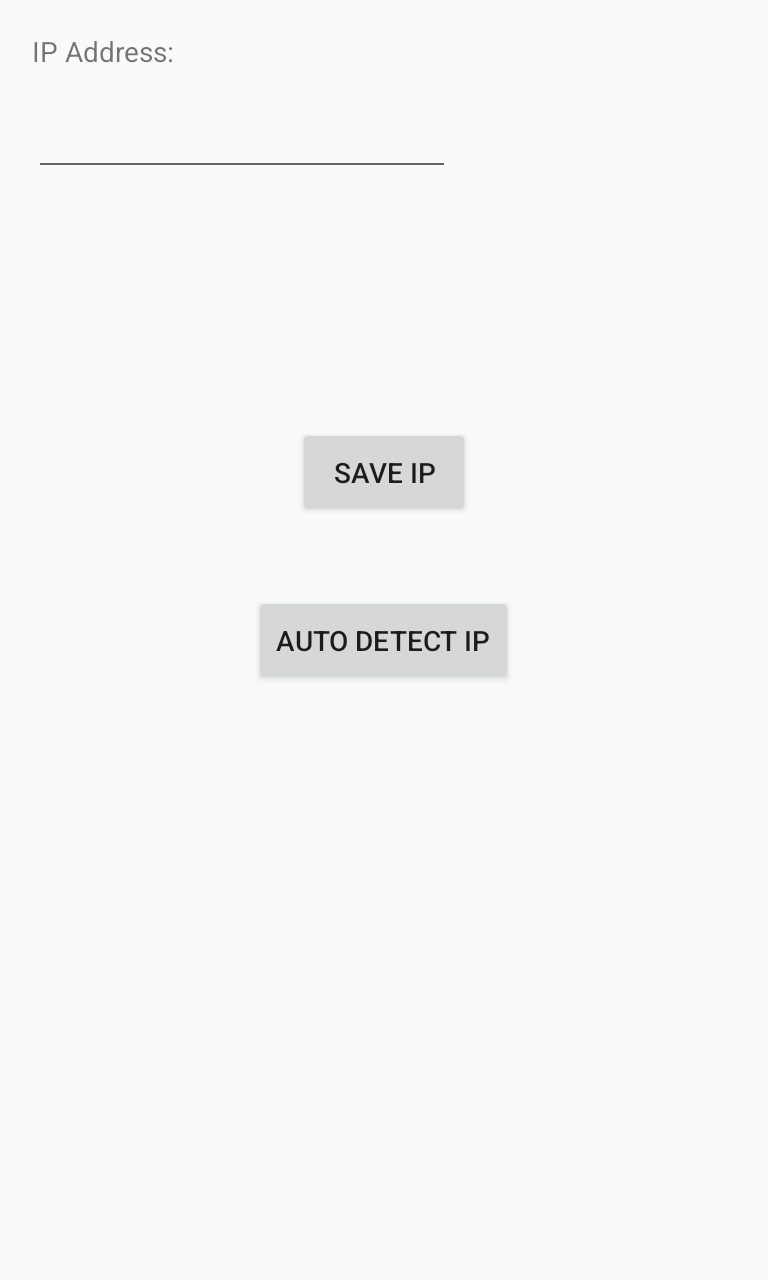
Repository: mariusz-pazur/android
Layout: HomeAtionClient/res/layout/fragment_settings.xml
An editor plug-in stored every save of this project. The layout is shown before and after the next save, followed by the edit.
It is drawn on a 768 x 1280 px phone screen (xhdpi) without system bars, with theme AppTheme; the app's code is not run.

Above is the layout before, as saved 2014-06-06 11:55:49.

After the next save:
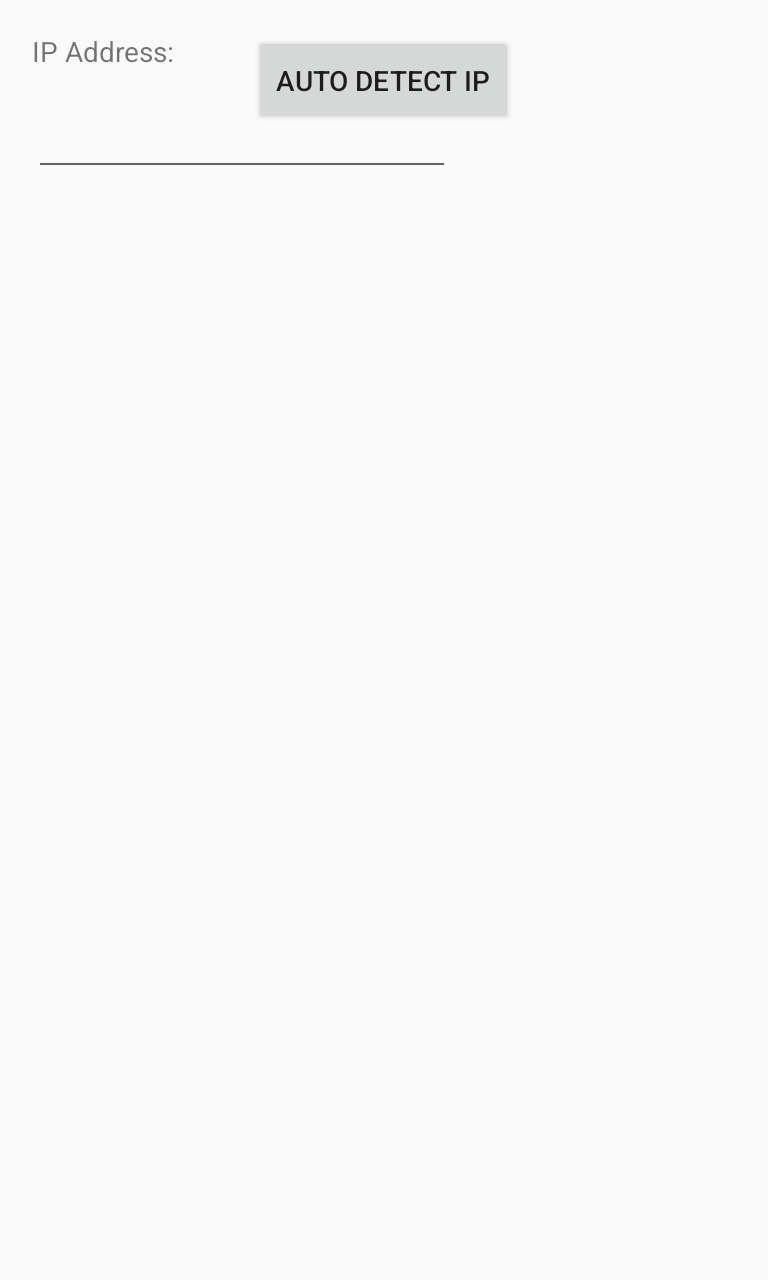
Saved 6 min 25 s later.
--- a/HomeAtionClient/res/layout/fragment_settings.xml
+++ b/HomeAtionClient/res/layout/fragment_settings.xml
@@ -30,7 +30,6 @@
         android:layout_width="wrap_content"
         android:layout_height="wrap_content"
         android:layout_centerHorizontal="true"
-        android:layout_centerVertical="true"
         android:text="@string/button_autodetect" />
 
     <Button
@@ -39,7 +38,6 @@
         android:layout_height="wrap_content"
         android:layout_above="@+id/button_autodetect"
         android:layout_centerHorizontal="true"
-        android:layout_marginBottom="36dp"
         android:text="@string/button_savesettings" />
 
 </RelativeLayout>
